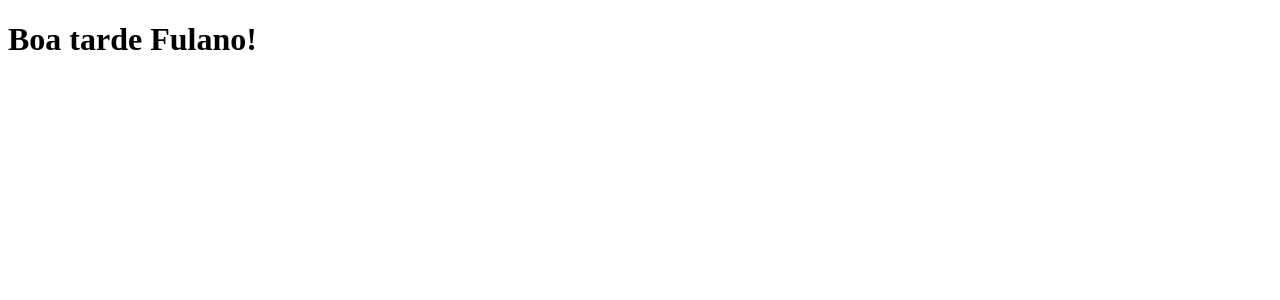
Repository: eversonps/react-fundamentos
Page: / (app in v2/exercicios/)
The author's editor kept a copy of each file at every save. The page is drawn from the files as they stood at one save, then again after the next save.
The browser window is 1280 px wide. The pictures show the whole page.
The project was rebuilt for these pictures with package versions that can differ from the ones it lists, and the page was loaded fresh each time.

Above is the page before, as saved 2022-03-21 15:16:30.

### v2/exercicios/src/index.js
import React from "react";
import ReactDOM from "react-dom";

import { BoaTarde, BoaNoite } from "./componentes/Multiplos"

ReactDOM.render(
    <div>
        <BoaTarde nome="Fulano"></BoaTarde>
    </div>,
    document.getElementById("root")
)

### v2/exercicios/src/componentes/Multiplos.jsx
export const BoaTarde = props => <h1>Boa tarde {props.nome}!</h1>
export const BoaNoite = props => <h1>Boa Noite {props.nome}!</h1>

Loaded but not shown: v2/exercicios/public/index.html (common file)

After the next save:
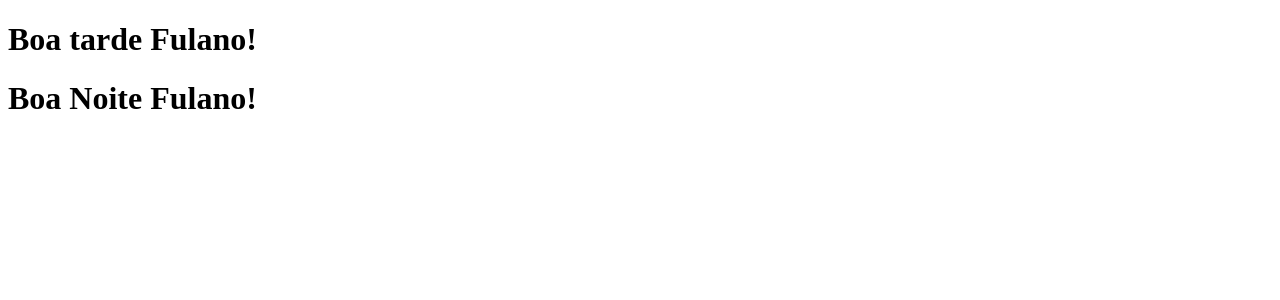
Saved 21 s later.
--- a/v2/exercicios/src/index.js
+++ b/v2/exercicios/src/index.js
@@ -6,6 +6,7 @@ import { BoaTarde, BoaNoite } from "./componentes/Multiplos"
 ReactDOM.render(
     <div>
         <BoaTarde nome="Fulano"></BoaTarde>
+        <BoaNoite nome="Fulano"></BoaNoite>
     </div>,
     document.getElementById("root")
 )
